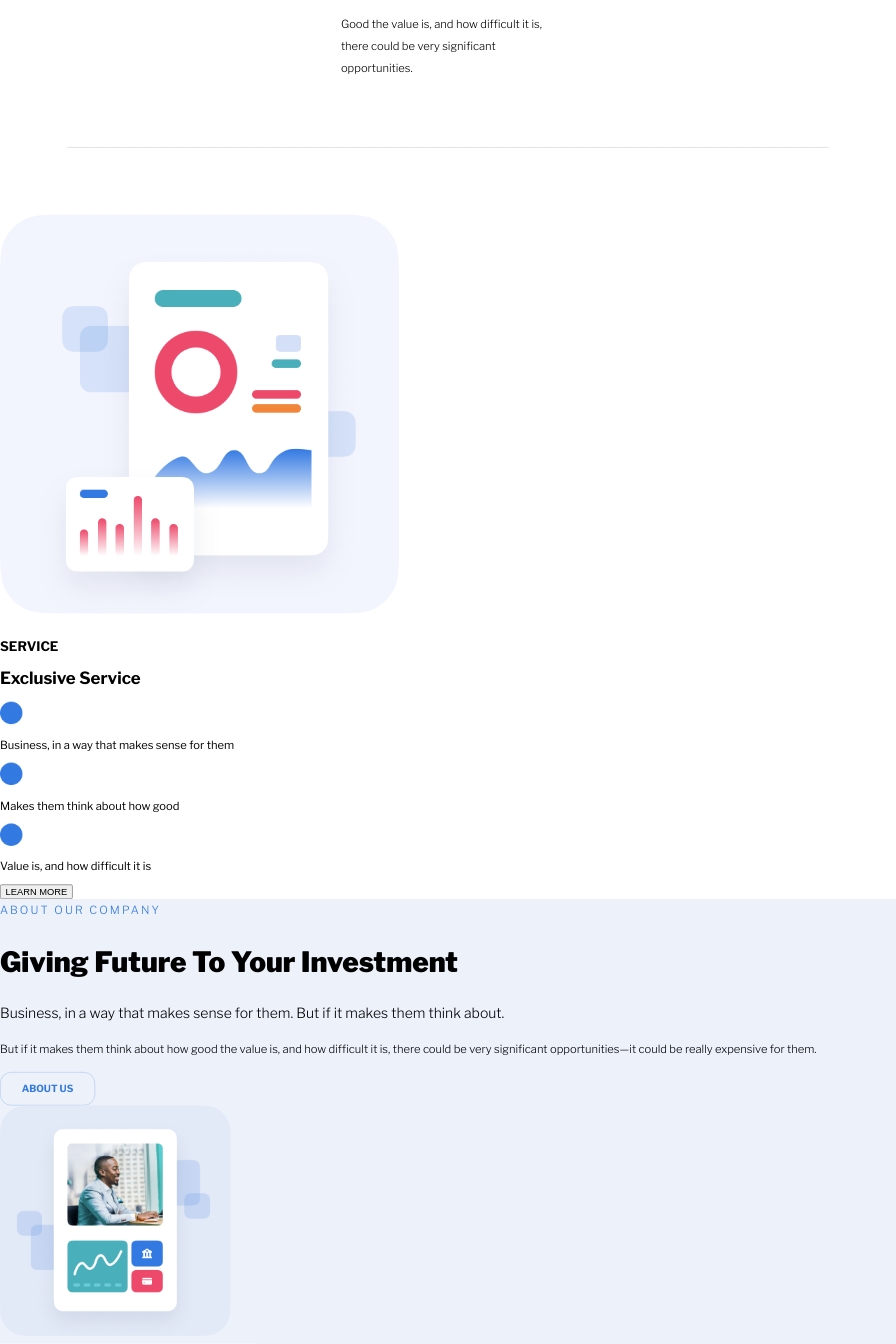
Repository: adryelfelipe/frontend-prova
Page: prova-figma/Prova/index.html
The author's editor kept a copy of each file at every save. The page is drawn from the files as they stood at one save, then again after the next save.
The browser window is 1280 px wide. The pictures show the part of the page from y = 1378 to 3298 px (the page is 3298 px tall), at 70% of full size.

Above is the page before, as saved 2026-06-22 19:00:13.

### prova-figma/Prova/index.html
<!DOCTYPE html>
<html lang="en">
<head>
    <meta charset="UTF-8">
    <meta name="viewport" content="width=device-width, initial-scale=1.0">
    <link rel="stylesheet" href="style/variaveis.css">
    <link rel="stylesheet" href="./style/style.css">
    <title>Document</title>
</head>
<body>
    <header>
        <h2>MNY</h2>

        <nav>
            <p>About</p>
            <p>Features</p>
            <p>Services</p>
            <p>Pricing</p>
            <p>Blog</p>
        </nav>

        <button>CONTACT</button>

        <img src="./assets/icon/hamburguer.svg" alt="">
    </header>
    <main>
        <section class="hero">
            <article class="hero-first-article">
                <h3 class="subtitle-base hero-subtitle">MAKE MONEY</h3>
                <h1 class="title-base hero-title">Grow Your Money Like Never Before</h1>
                <p class="paragraph hero-paragraph">Business, in a way that makes sense for them. But if it makes them think about how good the value.</p>
                <button class="hero-button">GET STARTED</button>
            </article>
            <article class="hero-second-article">
                <!-- <img class src="assets/img/homem-terno.png" alt=""> -->
            </article>
        </section>

        <section class="service">
            <div class="service-container">
                <article class="service-card">
                    <div class="bg-icon-fly">
                        <img src="./assets/icon/icon1-fly-section2.svg" class="icon-fly" alt="">
                    </div>

                    <h3 class="subtitle-tertiary">Strong Security</h3>
                    <p class="paragraph">Way that makes sense for them. But if it makes them think about how good the value is, and how difficult it is.</p>
                </article>

                <article class="service-card">
                    <div class="bg-icon-backpack">
                        <img src="./assets/icon/icon2-backpack-section2.png" class="icon-backpack" alt="">
                    </div>

                    <h3 class="subtitle-tertiary">Creative Solutions</h3>
                    <p class="paragraph">But if it makes them think about how good the value is, and how difficult it is, there could be very significant.</p>
                </article>

                <article class="service-card">
                    <div class="bg-icon-rocket">
                        <img src="./assets/icon/icon3-rocket-section2.png" class="icon-rocket" alt="">
                    </div>

                    <h3 class="subtitle-tertiary">Free Online</h3>
                    <p class="paragraph">Good the value is, and how difficult it is, there could be very significant opportunities.</p>
                </article>
            </div>

            <div class="service-container-line">

            </div>

            <img src="./assets/img/infos-section2.png" alt="">

            <article>
                <h3>SERVICE</h3>
                <h2>Exclusive Service</h2>

                <div>
                    <img src="./assets/icon/bg-icon4-section2.png" alt="">
                    <img src="./assets/icon/correct-icon-section2.png" alt="">
                    <p>Business, in a way that makes sense for them</p>
                </div>

                <div>
                    <img src="./assets/icon/bg-icon4-section2.png" alt="">
                    <img src="./assets/icon/correct-icon-section2.png" alt="">
                    <p>Makes them think about how good</p>
                </div>

                <div>
                    <img src="./assets/icon/bg-icon4-section2.png" alt="">
                    <img src="./assets/icon/correct-icon-section2.png" alt="">
                    <p>Value is, and how difficult it is</p>
                </div>

                <button>LEARN MORE</button>
            </article>
        </section>
        <section class="our-company">
            <article>
                <h3 class="subtitle-base company-subtitle">ABOUT OUR COMPANY</h3>
                <h2 class="subtitle-secondary">Giving Future To Your Investment</h2>
                <p class="company-paragraph">Business, in a way that makes sense for them. But if it makes them think about.</p>
                <p class="paragraph company-paragraph-second">But if it makes them think about how good the value is, and how difficult it is, there could be very significant opportunities—it could be really expensive for them.</p>
                <button class="company-button">ABOUT US</button>
            </article>
            <article>
                <img src="assets/img/our-company.png" alt="">
            </article>
        </section>
    </main>
</body>
</html>

### prova-figma/Prova/style/variaveis.css
@import url('https://fonts.googleapis.com/css2?family=Libre+Franklin:ital,wght@0,100..900;1,100..900&display=swap');

:root {
    --primary-color: #FFFFFF;
    --header-icon-border-color: rgba(255, 255, 255, 0.3);
    --bg-color: rgba(50, 121, 226, 1);

    --subtitle: rgba(170, 196, 234, 1);

    --normal-line: rgba(213, 214, 225, 1);

    /*Icons Session 2*/
    --bg-icon-fly: rgba(230, 247, 248, 1);
    --bg-icon-backpack: rgba(252, 237, 240, 1);
    --bg-icon-rocket: rgba(253, 243, 230, 1);

    --icon-fly-color: rgba(73, 175, 186, 1);
    --icon-backpack-color: rgba(237, 73, 107, 1);
    --icon-rocket-colot: rgba(241, 134, 59, 1);
}

.title-base{
    font-family: 'Libre Franklin';
    font-weight: 900;
    font-size: 3.5rem;
    line-height: 64px;
    letter-spacing: -1px;
}

.subtitle-base{
    margin: 0;
    font-family: 'Libre Franklin';
    font-weight: 300;
    font-size: 1rem;
    line-height: 32px;
    letter-spacing: 3px;
    text-transform: uppercase;
}

.subtitle-secondary{
    font-family: 'Libre Franklin';
    font-weight: 900;
    font-size: 2.5rem;
    line-height: 48px;
    letter-spacing: 0px;
}

.subtitle-tertiary{
    font-family: Libre Franklin;
    font-weight: 900;
    font-size: 24px;
    line-height: 32px;
    letter-spacing: 0px;
}

.paragraph{
    font-family: 'Libre Franklin';
    font-weight: 300;
    font-size: 1rem;
    line-height: 32px;
    letter-spacing: 0px;
}

### prova-figma/Prova/style/style.css
body{
    font-family:"Libre Franklin";
    margin: 0px;
}

/* HEADER */
header{
    display: flex;
    justify-content: space-around;
    align-items: center;
    background-color: var(--bg-color);
}

header nav{
    display: none;
}

header button{
    display: none;
}

header img {
    border: solid 1px var(--header-icon-border-color);
    border-radius: 16px;
}

header h2 {
    color: var(--primary-color);
}


/* SECTION HERO */
.hero{
    background: linear-gradient(135deg, #3279E2 0%, #CACAEB 100%);
    margin-bottom: 80px;
}

.hero-first-article{
    width: 98%;                     /*OBSERVAÇÃO IMPORTANTE EM QUESTÃO          DO POSICIONAMENTO E FIDELIDADE AO FIGMA*/
    justify-self: center;           /*O POSICIONAMENTO FOI ALTERADO POIS, EMBORA A TIPOGRAFIA TENHA SIDO COPIADA EXTRITAMENTE SEMLHANTE AO FIGMA OS TAMANHOS E POSICIONAMENTOS DA TELA NA RESOLUÇÃO MÍNIMA INDICADA NÃO DARIAM CERTO*/
}

.hero-subtitle{
    color: var(--subtitle);
}

.hero-title{
    color: var(--primary-color);
}

.hero-paragraph{
    color: rgba(255, 255, 255, 0.5);
}

.hero-button{
    background-color: rgba(17, 17, 17, 1);
    color: var(--primary-color);
    padding: 16px 30px;
    font-family: Libre Franklin;
    font-weight: 700;
    font-size: 14px;
    line-height: 100%;
    letter-spacing: 0px;
    text-align: center;
    text-transform: uppercase;
    border: none;
    border-radius: 16px;
}

/* .hero-second-article{
    width: 405px;
    height: 80%;
}

.image{
    object-fit: cover;

} */

/* SECTION SERVICE */
.service-container {
    display: flex;
    flex-direction: column;
    align-items: center;
    gap: 64px;
}

.service-container-line {
    height: 1px;
    background-color: var(--normal-line);
    width: 85vw;
    justify-self: center;
    margin-top: 80px;
    margin-bottom: 95px;
}

.service-card {
    display: flex;
    flex-direction: column;
}

.service-card p {
    width: 306px;
}

.bg-icon-fly {
    display: flex;
    justify-content: center;
    align-items: center;
    border-radius: 100px;
    width: 102px;
    height: 102px;
    background-color: var(--bg-icon-fly)
}

.icon-fly {
    height: 2rem;
    width: 3rem;
}

.bg-icon-backpack {
    display: flex;
    justify-content: center;
    align-items: center;
    border-radius: 100px;
    width: 102px;
    height: 102px;
    background-color: var(--bg-icon-backpack)
}

.icon-backpack {
    height: 2,5rem;
    width: 3rem;
}

.bg-icon-rocket {
    display: flex;
    justify-content: center;
    align-items: center;
    border-radius: 100px;
    width: 102px;
    height: 102px;
    background-color: var(--bg-icon-rocket)
}

.icon-rocket {
    height: 3rem;
    width: 3rem;
}

/* SECTION OUR COMPANY */

.our-company{
    background-color: rgba(236, 241, 250, 1);
}

.company-subtitle{
    color: rgba(50, 121, 226, 1);
}

.company-paragraph{
    font-family: Libre Franklin;
    font-weight: 300;
    font-size: 20px;
    line-height: 32px;
    letter-spacing: 0px;
}

.company-button{
    background-color: transparent;
    color: rgba(50, 121, 226, 1);
    padding: 16px 30px;
    font-family: Libre Franklin;
    font-weight: 700;
    font-size: 14px;
    line-height: 100%;
    letter-spacing: 0px;
    text-align: center;
    text-transform: uppercase;
    border: 1px solid rgba(50, 121, 226, 0.3);
    border-radius: 16px;
}

.company-paragraph-second{

}

After the next save:
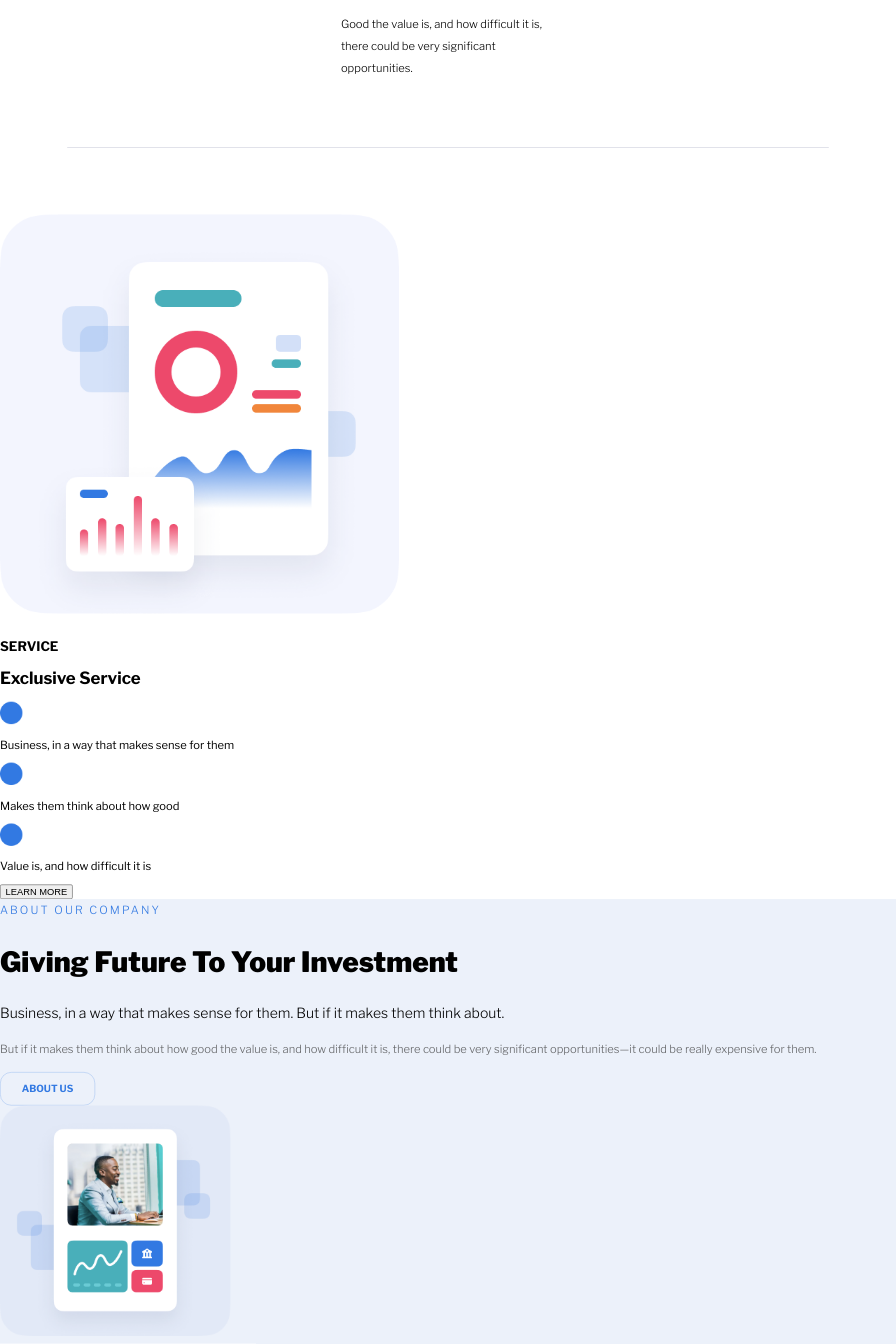
Saved 7 s later.
--- a/prova-figma/Prova/style/style.css
+++ b/prova-figma/Prova/style/style.css
@@ -182,5 +182,5 @@ header h2 {
 }
 
 .company-paragraph-second{
-
+    color: rgba(51, 51, 51, 0.75);
 }
